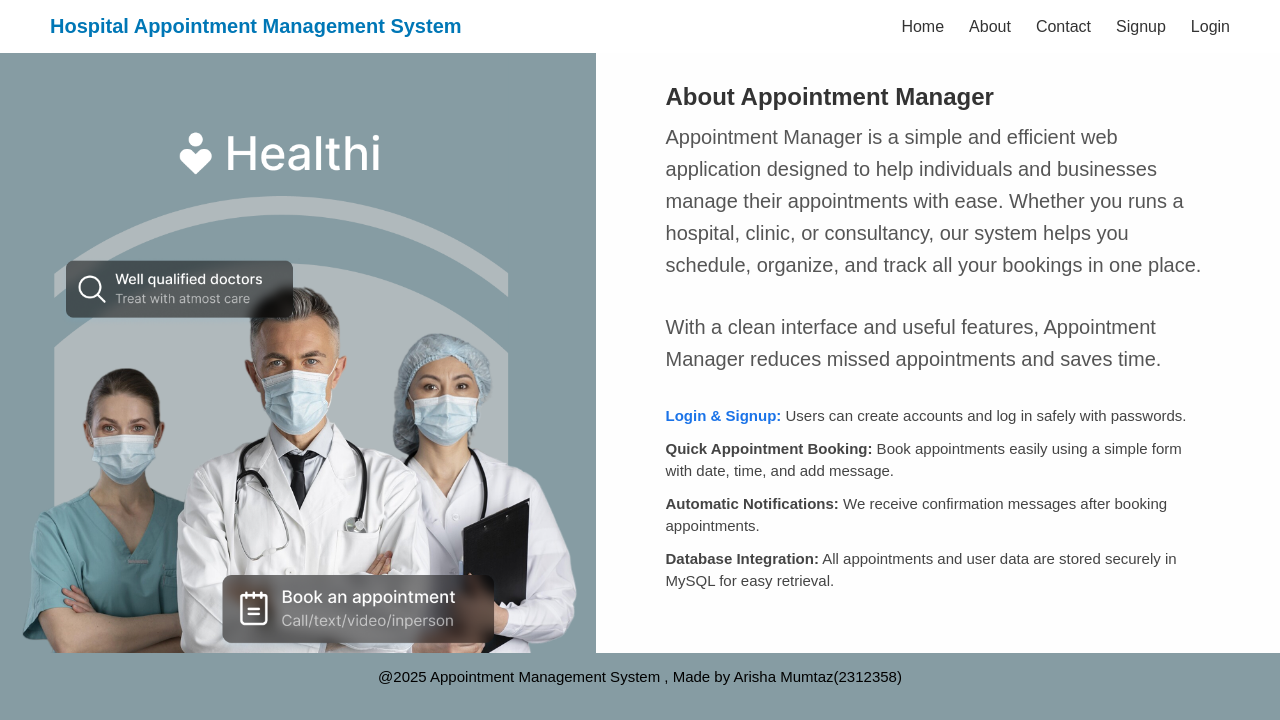
Repository: Arisha004/hospital-management-midterm-
Page: about.html
The author's editor kept a copy of each file at every save. The page is drawn from the files as they stood at one save, then again after the next save.
The browser window is 1280 px wide. The pictures show the whole page.

Above is the page before, as saved 2025-11-08 14:15:34.

After the next save:
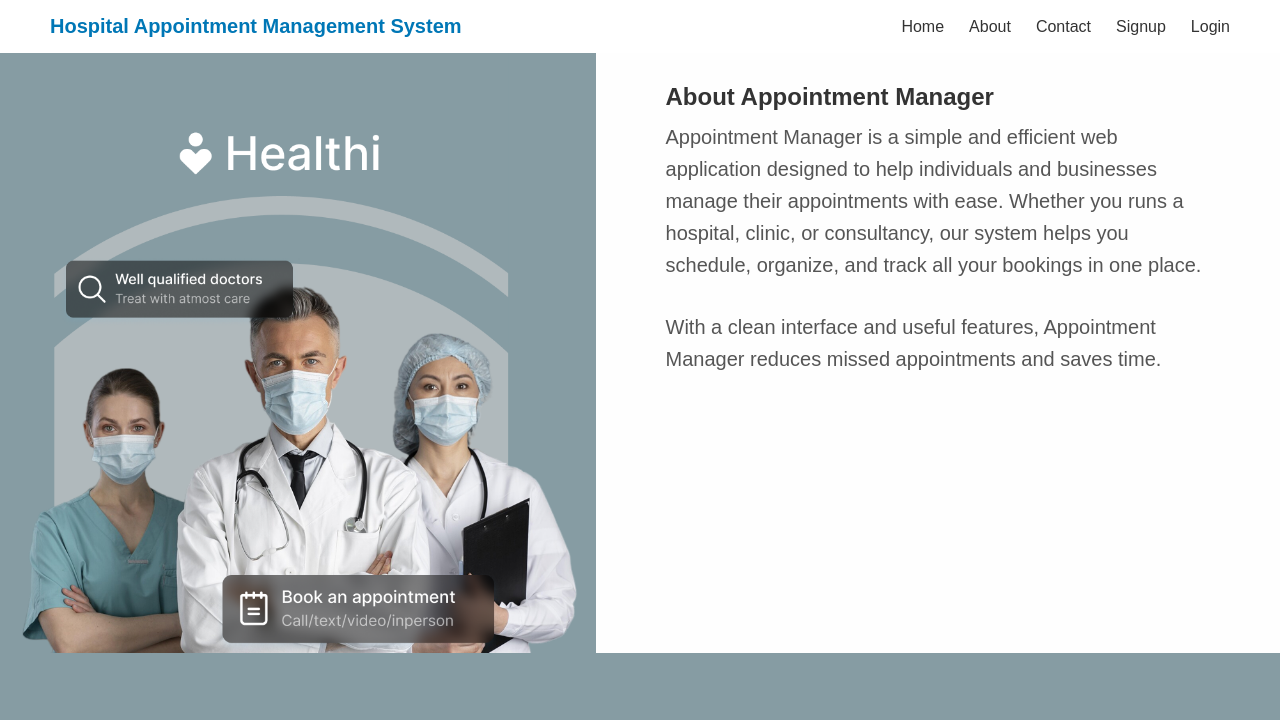
Saved 4 s later.
--- a/about.html
+++ b/about.html
@@ -31,8 +31,7 @@
       With a clean interface and useful features, Appointment Manager reduces missed appointments and saves time.
     </p>
     <ul class="features">
-      <li><strong style="color:#1a73e8;
-};"> Login & Signup:</strong> Users can create accounts and log in safely with  passwords.</li>
+      <li><strong style="color:#1a73e8;> Login & Signup:</strong> Users can create accounts and log in safely with  passwords.</li>
 <li><strong>Quick Appointment Booking:</strong> Book appointments easily using a simple form with date, time, and add message.</li>
 <li><strong>Automatic Notifications:</strong> We receive confirmation messages after booking appointments.</li>
 <li><strong>Database Integration:</strong> All appointments and user data are stored securely in MySQL for easy retrieval.</li>
